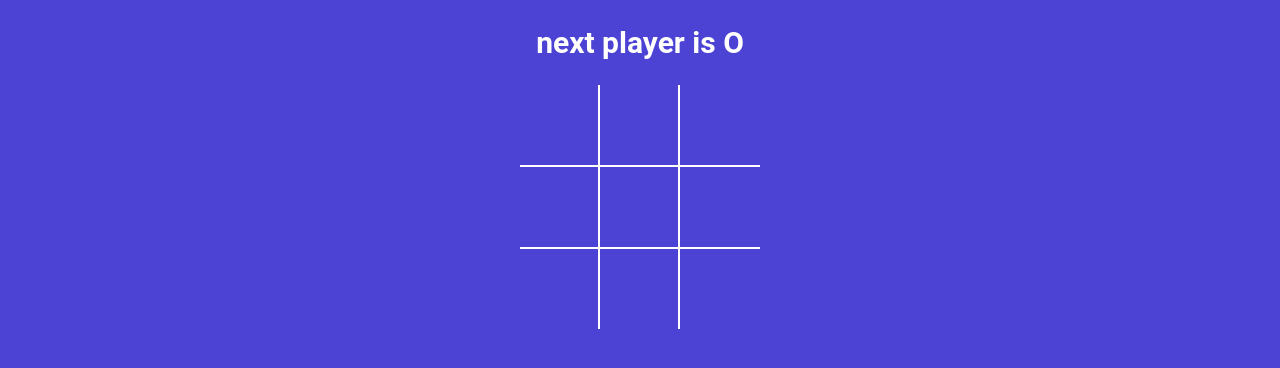
Repository: NoobAjay/tictactoe-game
Page: /
The author's editor kept a copy of each file at every save. The page is drawn from the files as they stood at one save, then again after the next save.
The browser window is 1280 px wide. The pictures show the whole page.
The project was rebuilt for these pictures with package versions that can differ from the ones it lists, and the page was loaded fresh each time. Also part of the build but not shown: vite.config.js.

Above is the page before, as saved 2023-03-22 11:46:20.

After the next save:
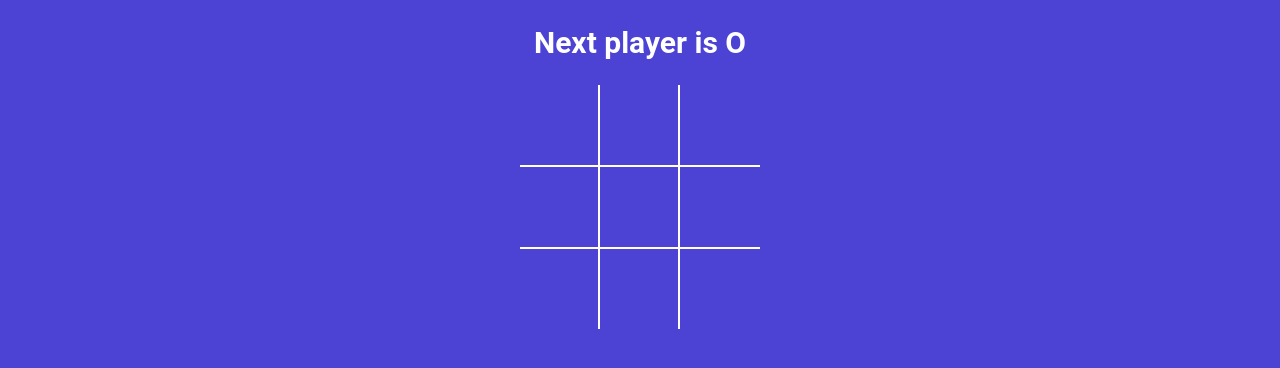
Saved 13 s later.
--- a/src/App.jsx
+++ b/src/App.jsx
@@ -11,7 +11,7 @@ function App() {
   const nextPlayer = isXNext ? 'X' : 'O';
   const statusMessage = winner
     ? `Winner is ${winner}`
-    : `next player is ${nextPlayer}`;
+    : `Next player is ${nextPlayer}`;
 
   console.log(winner);
 
